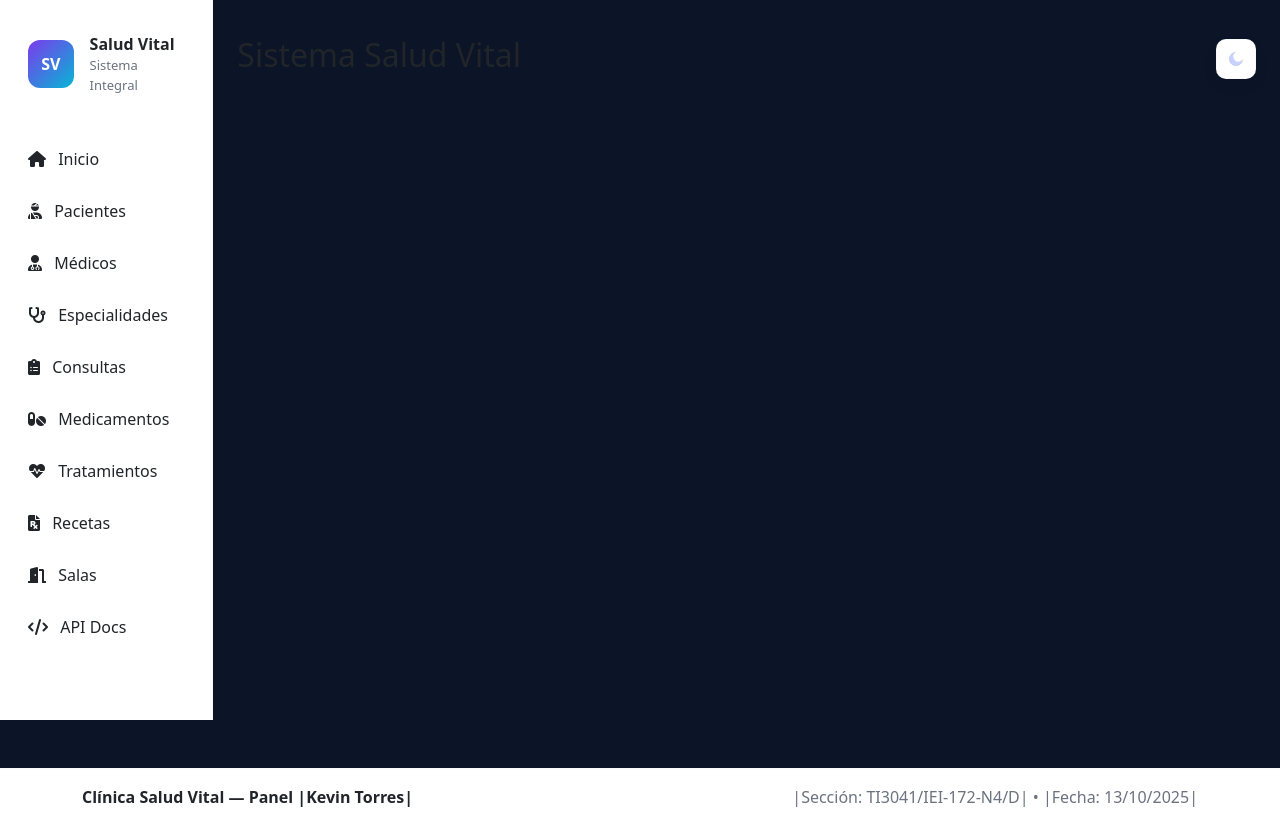
Repository: KeviNozh/eva2_clinica
Page: templates/base.html
These files come from the project's save history. The page is drawn as it stood at one moment and after the next save; the edit follows.
The browser window is 1280 px wide. The pictures show the whole page.
The template is drawn by Django 5.2. The application's start-up code is not run. The template is opened directly, without the code that normally fills it, so the values that code supplies are empty.

Above is the page before, as saved 2025-10-16 01:04:44.

After the next save:
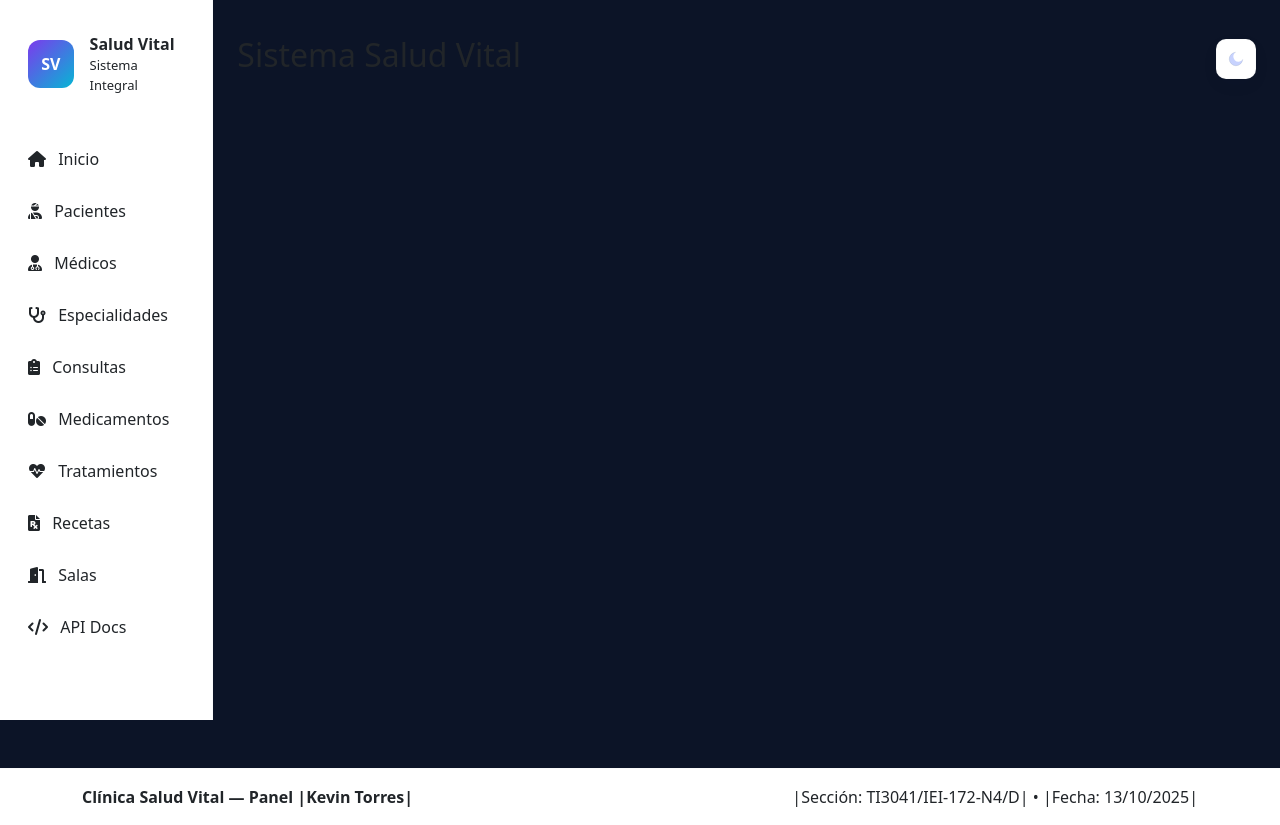
Saved 8 s later.
--- a/templates/base.html
+++ b/templates/base.html
@@ -37,7 +37,7 @@
     <style>
         :root {
             --bg: #0c1427; /* Fondo gris claro para que las tarjetas blancas resalten */
-            --muted: #6b7280;
+            --muted: ##0c1427;
             --text: #212529; /* Texto principal oscuro y legible */
             --card: #fff;
             --glass: rgba(121, 121, 121, 0.04);
